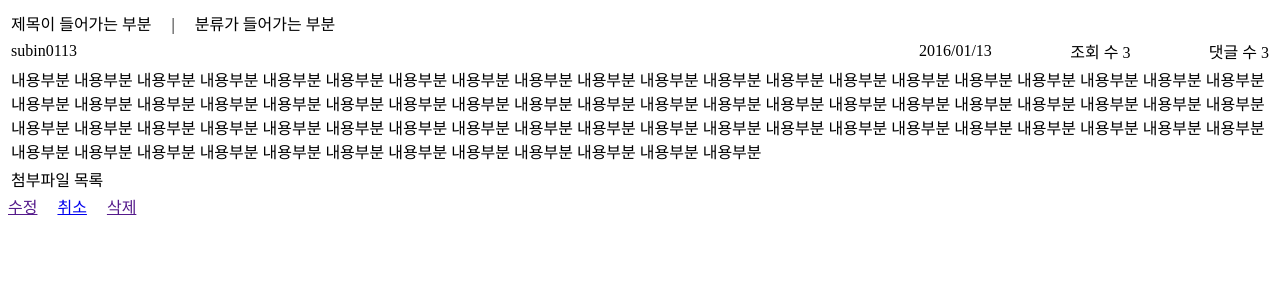
Repository: ekgus419/hckj
Page: http://localhost/Railro/WEB-INF/views/index.jsp
An editor plug-in stored every save of this project. The page is shown before and after the next save, followed by the edit.
The browser window is 1280 px wide. The pictures show the whole page.
The page is served by Tomcat 9. Nobody is signed in. Other server files are loaded and not shown. The template is opened directly, without the code that normally fills it, so the values that code supplies are empty.

Above is the page before, as saved 2016-08-19 06:36:32.

### Railro/src/main/webapp/WEB-INF/views/index.jsp
<%@ page language="java" pageEncoding="UTF-8" trimDirectiveWhitespaces="true"%>

<div id="content">
	<form action="" method="post" enctype="multipart/form-data" name="">
		<table class="detail" width="100%">
			<tr>
				<td colspan="10">
					<span class="title">제목이 들어가는 부분</span>
					&nbsp;&nbsp;&nbsp;
					|
					&nbsp;&nbsp;&nbsp;
					<span class="subject">분류가 들어가는 부분</span>
				</td>
			</tr>
			<tr class="info">
				<td width="73%" >
				 	subin0113
				</td>
				<td width="5%" style="text-align: right;">
				 	2016/01/13
				</td>
				<td width="11%" style="text-align: right;">
				 	조회 수 3
				</td>
				<td width="11%" style="text-align: right;">
				 	댓글 수 3
				</td>
			</tr>
			<tr>
				<td colspan="10">
					내용부분
					내용부분
					내용부분
					내용부분
					내용부분
					내용부분
					내용부분
					내용부분
					내용부분
					내용부분
					내용부분
					내용부분
					내용부분
					내용부분
					내용부분
					내용부분
					내용부분
					내용부분
					내용부분
					내용부분
					내용부분
					내용부분
					내용부분
					내용부분
					내용부분
					내용부분
					내용부분
					내용부분
					내용부분
					내용부분
					내용부분
					내용부분
					내용부분
					내용부분
					내용부분
					내용부분
					내용부분
					내용부분
					내용부분
					내용부분
					내용부분
					내용부분
					내용부분
					내용부분
					내용부분
					내용부분
					내용부분
					내용부분
					내용부분
					내용부분
					내용부분
					내용부분
					내용부분
					내용부분
					내용부분
					내용부분
					내용부분
					내용부분
					내용부분
					내용부분
					내용부분
					내용부분
					내용부분
					내용부분
					내용부분
					내용부분
					내용부분
					내용부분
					내용부분
					내용부분
					내용부분
					내용부분
				</td>
			</tr>
			<tr>
				<td colspan="10">
					첨부파일 목록
				</td>
			</tr>
		</table>
		<div class="btn">
			<span><a href="">수정</a></span>
			&nbsp;&nbsp;&nbsp;
			<span><a href="javascript:history.go(-1)">취소</a></span>
			&nbsp;&nbsp;&nbsp;
			<span><a href="">삭제</a></span>
		</div>
	</form>
</div>

After the next save:
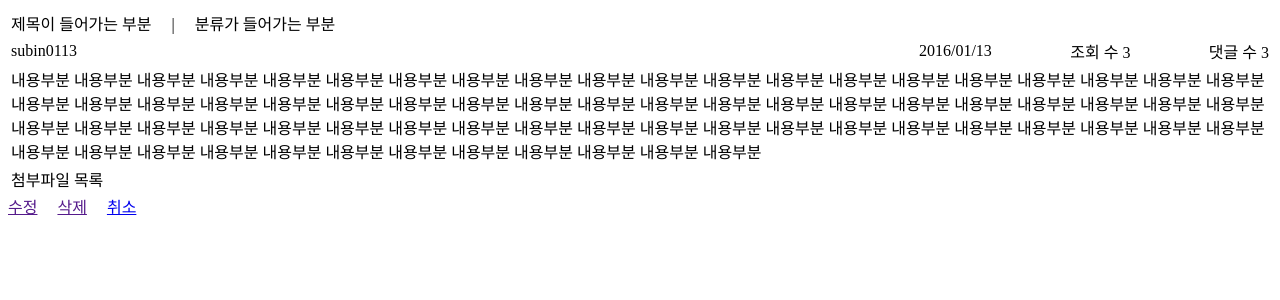
Saved 4 min 34 s later.
--- a/Railro/src/main/webapp/WEB-INF/views/index.jsp
+++ b/Railro/src/main/webapp/WEB-INF/views/index.jsp
@@ -111,9 +111,9 @@
 		<div class="btn">
 			<span><a href="">수정</a></span>
 			&nbsp;&nbsp;&nbsp;
+			<span><a href="">삭제</a></span>
+			&nbsp;&nbsp;&nbsp;
 			<span><a href="javascript:history.go(-1)">취소</a></span>
-			&nbsp;&nbsp;&nbsp;
-			<span><a href="">삭제</a></span>
 		</div>
 	</form>
 </div>
